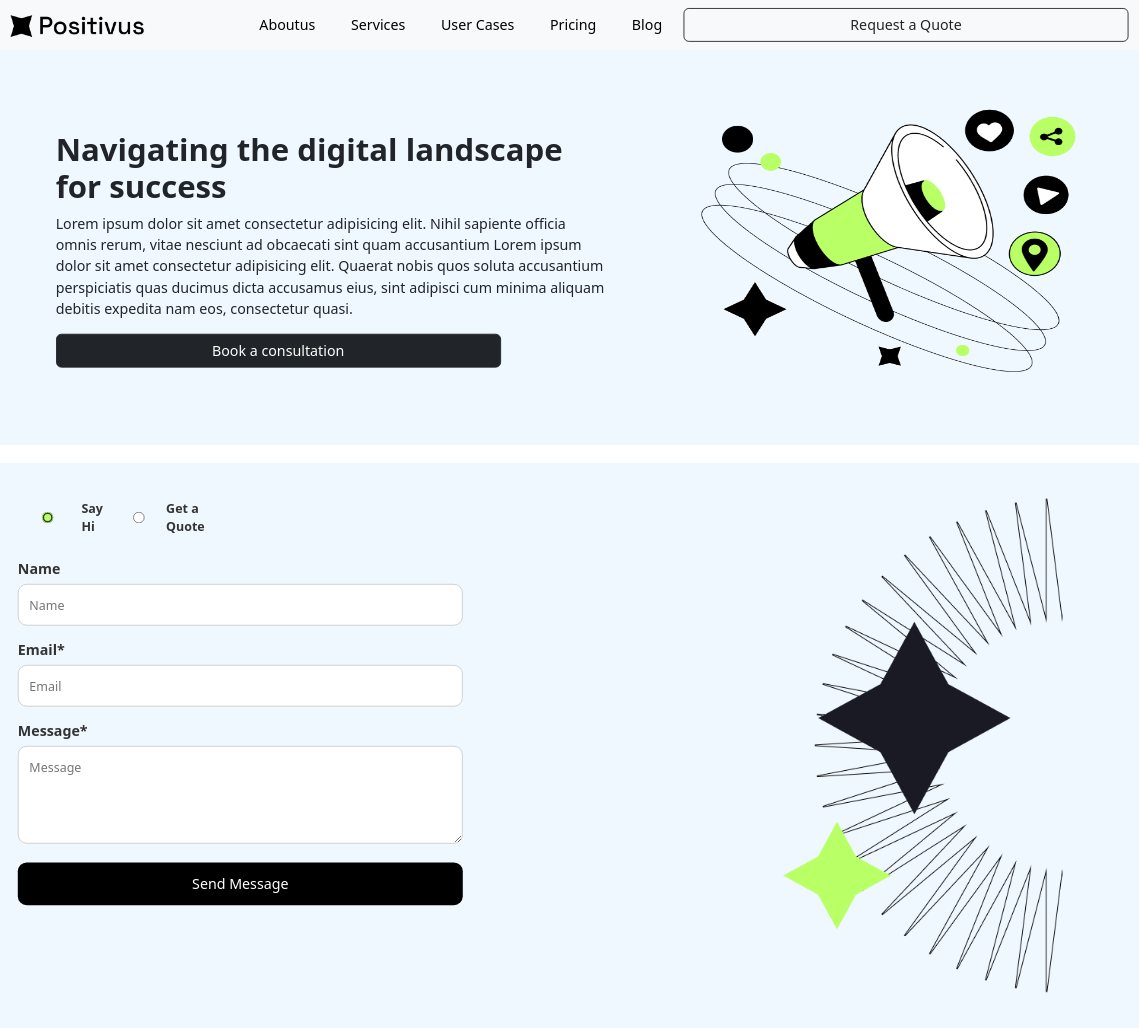
Repository: inshaabbas/CSS-Hackathon-SMIT
Page: index.html
The author's editor kept a copy of each file at every save. The page is drawn from the files as they stood at one save, then again after a run of saves.
The browser window is 1280 px wide. The pictures show the whole page, at 89% of full size.

Above is the page before, as saved 2025-06-25 10:06:43.

### index.html
<!DOCTYPE html>
<html lang="en">
<head>
    <meta charset="UTF-8">
    <meta name="viewport" content="width=device-width, initial-scale=1.0">
    <title>CSS Hackathon</title>
    <!-- Bootstrap CDN -->
     <link href="https://cdn.jsdelivr.net/npm/bootstrap@5.3.7/dist/css/bootstrap.min.css" rel="stylesheet" integrity="sha384-LN+7fdVzj6u52u30Kp6M/trliBMCMKTyK833zpbD+pXdCLuTusPj697FH4R/5mcr" crossorigin="anonymous">
    <!-- Font Awesome CDN -->
     <link rel="stylesheet" href="https://cdnjs.cloudflare.com/ajax/libs/font-awesome/6.7.2/css/all.min.css" integrity="sha512-Evv84Mr4kqVGRNSgIGL/F/aIDqQb7xQ2vcrdIwxfjThSH8CSR7PBEakCr51Ck+w+/U6swU2Im1vVX0SVk9ABhg==" crossorigin="anonymous" referrerpolicy="no-referrer"/>
    <!-- External Style Sheet -->
     <link rel="stylesheet" href="./style.css">
</head>
<body>
    <!-- Header Section Starts -->
    <header class="container-xxl">
      <div class="fixed-top">
         <nav class="navbar navbar-expand-lg bg-body-tertiary">
  <div class="container-fluid">
    <a class="navbar-brand" href="#"><img src="./Assets/logo.png" alt="Logo" width="150px"></a>
    <button class="navbar-toggler" type="button" data-bs-toggle="collapse" data-bs-target="#navbarSupportedContent" aria-controls="navbarSupportedContent" aria-expanded="false" aria-label="Toggle navigation">
      <span class="navbar-toggler-icon"></span>
    </button>
    <div class="collapse navbar-collapse" id="navbarSupportedContent">
      <ul class="navbar-nav ms-auto me-3 gap-4 mb-2 mb-lg-0">
        <li class="nav-item">
          <a class="nav-link active" aria-current="page" href="#">Aboutus</a>
        </li>
        <li class="nav-item">
          <a class="nav-link active" href="#">Services</a>
        </li>
        <li class="nav-item">
          <a class="nav-link active" aria-disabled="true">User Cases</a>
        </li>
        <li class="nav-item">
          <a class="nav-link active" aria-current="page" href="#">Pricing</a>
        </li>
        <li class="nav-item">
          <a class="nav-link active" aria-current="page" href="#">Blog</a>
        </li>
      </ul>
        <button class="btn btn-outline-dark" type="submit">Request a Quote</button>
      </form>
    </div>
  </div>
</nav>
      </div>
    </header>
    <!-- Header Section Ends -->

    <!-- Hero Section Starts -->
     <section class="hero-sec container-xxl">
        <div class="hero-text">
            <h2>Navigating the digital landscape for success</h2>
            <p>Lorem ipsum dolor sit amet consectetur adipisicing elit. Nihil sapiente officia omnis rerum, vitae nesciunt ad obcaecati sint quam accusantium Lorem ipsum dolor sit amet consectetur adipisicing elit. Quaerat nobis quos soluta accusantium perspiciatis quas ducimus dicta accusamus eius, sint adipisci cum minima aliquam debitis expedita nam eos, consectetur quasi.</p>
            <button type="button" class="btn btn-dark">Book a consultation</button>
        </div>
        <div class="hero-img">
            <img src="./Assets/hero-sec-img.png" alt="Hero Section Img" width="450px" height="330px">
        </div>
     </section>
    <!-- Hero Section Ends -->

     <!-- Contact section Starts -->
     <section class="contact-section">
      <div class="contact-form">
        <form>
          <!-- Radio Buttons -->
          <div class="radio-group">
            <label><input type="radio" name="purpose" checked>Say Hi</label>
            <label><input type="radio" name="purpose"> Get a Quote</label>
          </div>

          <!-- Name -->
          <div class="form-group">
            <label for="name">Name</label>
            <input type="text" id="name" name="name" placeholder="Name" required>
          </div>

          <!-- Email -->
          <div class="form-group">
            <label for="email">Email*</label>
            <input type="email" id="email" name="email" placeholder="Email" required>
          </div>

          <!-- Message -->
          <div class="form-group">
            <label for="message">Message*</label>
            <textarea id="message" name="message" placeholder="Message" rows="4" required></textarea>
          </div>

          <!-- Button -->
          <button type="submit">Send Message</button>
        </form>
       </div>
      <div>
        <img src="./Assets/Contact-img.png" alt="Contact img" width="400px">
      </div>
     </section>







<script src="https://cdn.jsdelivr.net/npm/@popperjs/core@2.11.8/dist/umd/popper.min.js" integrity="sha384-I7E8VVD/ismYTF4hNIPjVp/Zjvgyol6VFvRkX/vR+Vc4jQkC+hVqc2pM8ODewa9r" crossorigin="anonymous"></script>
<script src="https://cdn.jsdelivr.net/npm/bootstrap@5.3.7/dist/js/bootstrap.min.js" integrity="sha384-7qAoOXltbVP82dhxHAUje59V5r2YsVfBafyUDxEdApLPmcdhBPg1DKg1ERo0BZlK" crossorigin="anonymous"></script>
</body>
</html>

### style.css
.hover-img{
    transition: transform 0.3s ease;
}

.hover-img:hover{
    transform: scale(1.1);
}

.hero-sec{
    display: flex;
    justify-content: space-around;
    align-items: center;
    padding: 20px;
    height: 500px;
    background-color: aliceblue;
    padding-top: 80px;
}

.hero-text{
    width: 50%;
}

.hero-text h2{
    font-size: 35px;
    font-weight: bold;
}

@media screen and (max-width: 1010px) {
    .hero-img img{
        width: 350px;
        height: 300px;
    }
    .hero-sec{
        height: auto;
    }
}

@media screen and (max-width: 800px){
    .hero-sec{
        flex-direction: column;
        gap: 50px;
    }

    .hero-text{
    width: 100%;
}
}

/* Hero Section End */

/* Contact Section Starts */

.contact-section{
    display: flex;
    justify-content: space-between;
    /* gap: 70px; */
    /* height: 400px; */
    height: auto;
    background-color: aliceblue;
    margin-top: 20px;
    padding: 40px 0px 40px 20px
}

.contact-form{
    /* background-color: pink; */
    width: 100%;
}

.radio-group {
  display: flex;
  gap: 10px;
  margin-bottom: 20px;
  font-size: 14px;
}

.radio-group label{
  display: flex;
  align-items: center;
  gap: 5px;
  font-size: 14px;
  color: #333;
  cursor: pointer;
  width: 100px;
}


input[type="radio"] {
  accent-color: #b9ff66;
}

.form-group {
  margin-bottom: 15px;
}

label {
  display: block;
  margin-bottom: 5px;
  font-weight: bold;
  color: #333;
}

input,
textarea {
  width: 100%;
  max-width: 500px;
  padding: 12px;
  font-size: 14px;
  border: 1px solid #ccc;
  border-radius: 10px;
  box-sizing: border-box;
}

button {
  background-color: #000;
  color: #fff;
  border: none;
  padding: 12px;
  width: 100%;
  max-width: 500px;
  border-radius: 10px;
  font-size: 16px;
  cursor: pointer;
  transition: background-color 0.3s;
}

button:hover {
  background-color: #333;
}

After the next 2 saves:
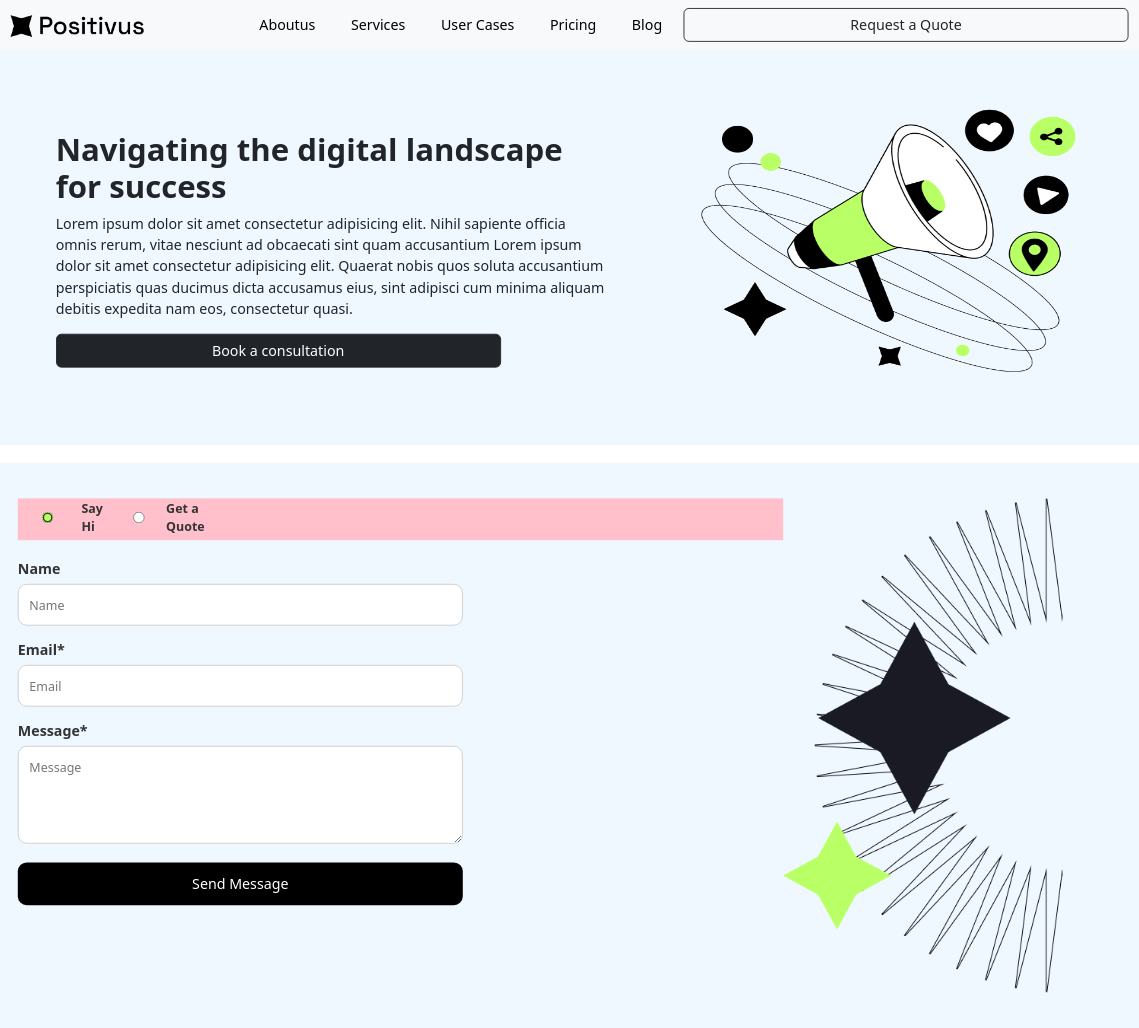
The 2 saves are shown as one change because they came seconds apart.
The last was saved 15 s later.
--- a/style.css
+++ b/style.css
@@ -71,6 +71,7 @@
   gap: 10px;
   margin-bottom: 20px;
   font-size: 14px;
+  background-color: pink;
 }
 
 .radio-group label{
